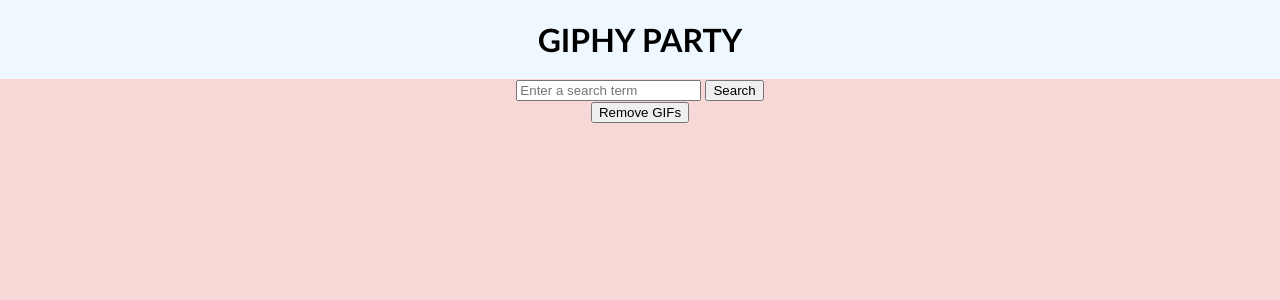
Repository: rmdayberry/AJAX-Giphy-Party
Page: index.html
An editor plug-in stored every save of this project. The page is shown before and after the next save, followed by the edit.
The browser window is 1280 px wide. The pictures show the whole page.
Some web libraries are served in a nearby version.

Above is the page before, as saved 2024-08-06 13:05:11.

### index.html
<!DOCTYPE html>
<html lang="en">
  <head>
    <meta charset="UTF-8" />
    <title>Giphy Party!</title>
    <link rel="stylesheet" href="style.css" />
  </head>

  <body>
    <h1>GIPHY PARTY</h1>
    <form id="gifForm">
      <input type="text" id="searchTerm" placeholder="Enter a search term" />
      <button type="submit">Search</button>
    </form>
    <div id="gifContainer"></div>

    <button id="removeAllBtn">Remove GIFs</button>
    <script src="https://code.jquery.com/jquery-3.2.1.js"></script>
    <script src="https://unpkg.com/axios/dist/axios.js"></script>
    <script src="app.js"></script>
  </body>
</html>

### style.css
body {
  font-family: "Trebuchet MS", "Lucida Sans Unicode", "Lucida Grande",
    "Lucida Sans", Arial, sans-serif;
  background-color: rgb(248, 216, 214);
  text-align: center;
  margin: 0;
  padding: 0;
}

h1 {
  background-color: aliceblue;
  color: black;
  padding: 20px 0;
  margin: 0;
}

### app.js
console.log("Let's get this party started!");
//handle form submissions and AJAX requests
document
  .getElementById("gifForm")
  .addEventListener("submit", async function (e) {
    e.preventDefault();

    const searchTerm = document.getElementById("searchTerm").value;
    const apiKey = "MhAodEJIJxQMxW9XqxKjyXfNYdLoOIym";
    const url = `http://api.giphy.com/v1/gifs/search?q=${searchTerm}&api_key=${apiKey}`;

    try {
      const response = await axios.get(url);
      console.log(response.data);
      //append gifs to page
      const gifUrl = response.data.data[0].images.fixed_height.url; //get first gif url
      const img = document.createElement("img");
      img.src = gifUrl;
      document.getElementById("gifContainer").appendChild(img);
    } catch (error) {
      console.log("Error finding GIF:", error);
    }
  });

//add eventListener to remove GIFs button
document.getElementById("removeAllBtn").addEventListener("click", function () {
  const gifContainer = document.getElementById("gifContainer");
  while (gifContainer.firstChild) {
    gifContainer.removeChild(gifContainer.firstChild);
  }
});

After the next save:
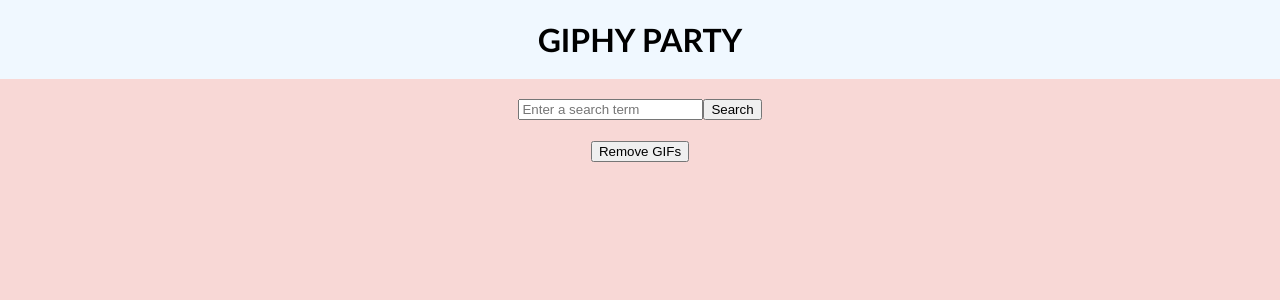
Saved 3 min 22 s later.
--- a/style.css
+++ b/style.css
@@ -13,3 +13,8 @@
   padding: 20px 0;
   margin: 0;
 }
+form {
+  margin: 20px; auto;
+  display: flex;
+  justify-content: center;
+}
